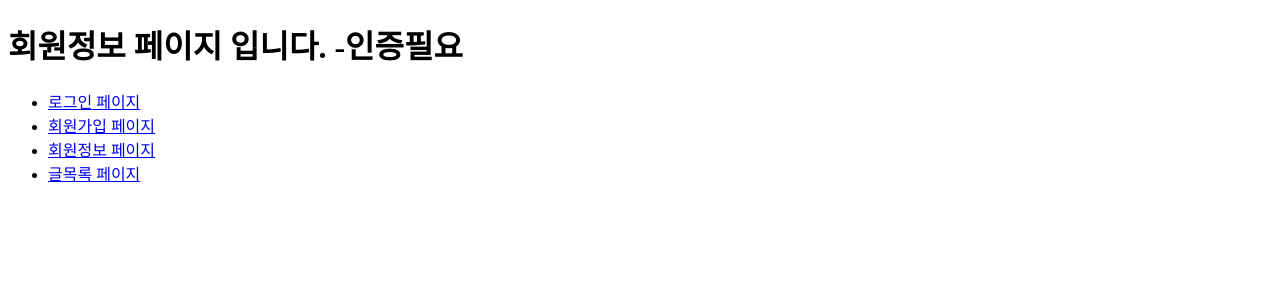
Repository: gouthiki90/web
Page: first1/src/main/webapp/user/userInfo.html
The author's editor kept a copy of each file at every save. The page is drawn from the files as they stood at one save, then again after the next save.
The browser window is 1280 px wide. The pictures show the whole page.

Above is the page before, as saved 2022-02-22 06:22:45.

### first1/src/main/webapp/user/userInfo.html
<!DOCTYPE html>
<html>
<head>
<meta charset="UTF-8">
<title>Insert title here</title>
</head>
<body>
<h1>회원정보 페이지 입니다. -인증필요</h1>
	<ul>
		<li><a href="/user/login.html">로그인 페이지</a></li>
		<li><a href="/user/join.html">회원가입 페이지</a></li>
		<li><a href="/user/userInfo.html">회원정보 페이지</a></li>
		<li><a href="/post/list.html">글목록 페이지</a></li>
	</ul>
</body>
</html>

After the next save:
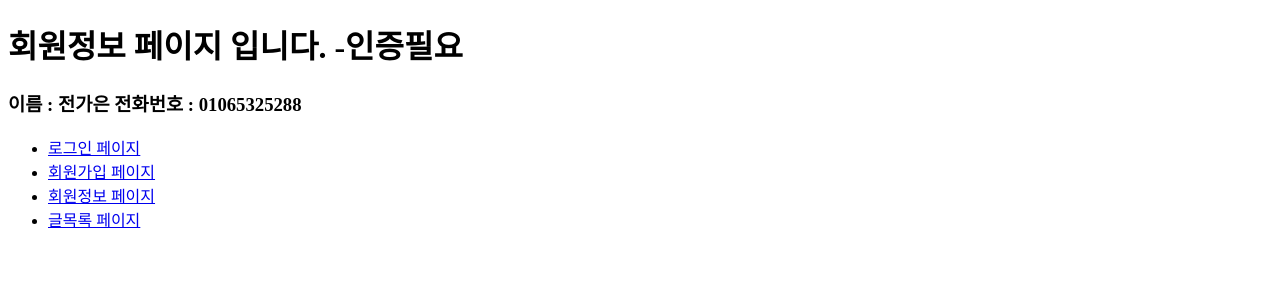
Saved 2 min 52 s later.
--- a/first1/src/main/webapp/user/userInfo.html
+++ b/first1/src/main/webapp/user/userInfo.html
@@ -6,6 +6,7 @@
 </head>
 <body>
 <h1>회원정보 페이지 입니다. -인증필요</h1>
+<h3>이름 : 전가은  전화번호 : 01065325288</h3>
 	<ul>
 		<li><a href="/user/login.html">로그인 페이지</a></li>
 		<li><a href="/user/join.html">회원가입 페이지</a></li>
